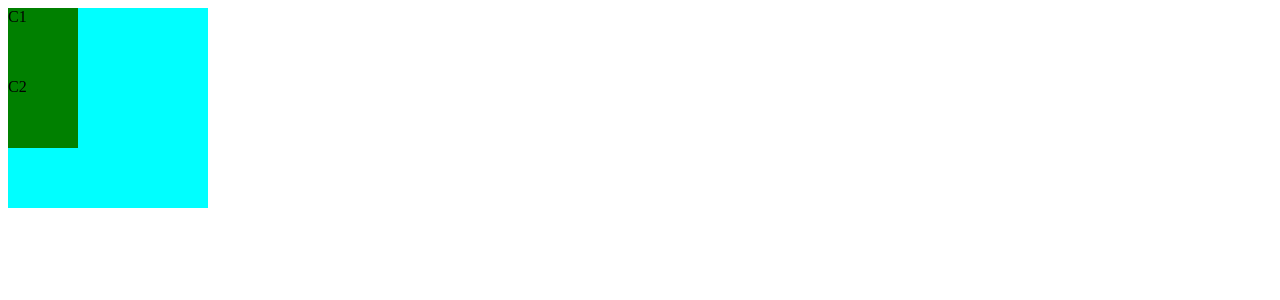
Repository: nepali2385/FUll-stack-practice
Page: Day5/Day5/position.html
The author's editor kept a copy of each file at every save. The page is drawn from the files as they stood at one save, then again after the next save.
The browser window is 1280 px wide. The pictures show the whole page.

Above is the page before, as saved 2024-08-27 15:52:26.

### Day5/Day5/position.html
<!DOCTYPE html>
<html lang="en">
<head>
    <meta charset="UTF-8">
    <meta name="viewport" content="width=device-width, initial-scale=1.0">
    <title>Document</title>
    <link rel="stylesheet" href="position.css">
</head>
<body>
    <!-- Position in css -->
    <div class="p">
        <div class="c1">C1</div>
        <div class="c2">C2</div>
    </div>
</body>
</html>

### Day5/Day5/position.css
/* Positions in css */
.p{
    height:200px;
    width:200px;
    background-color: aqua;
}
.c1,.c2{
    height:70px;
    width:70px;
    background-color: green;
    border:1px;

}

After the next save:
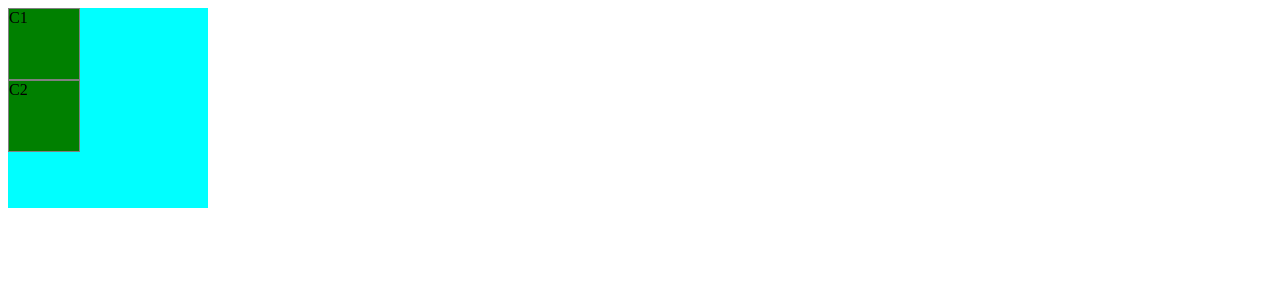
Saved 54 s later.
--- a/Day5/Day5/position.css
+++ b/Day5/Day5/position.css
@@ -8,6 +8,6 @@
     height:70px;
     width:70px;
     background-color: green;
-    border:1px;
+    border:1px solid grey;
 
 }
